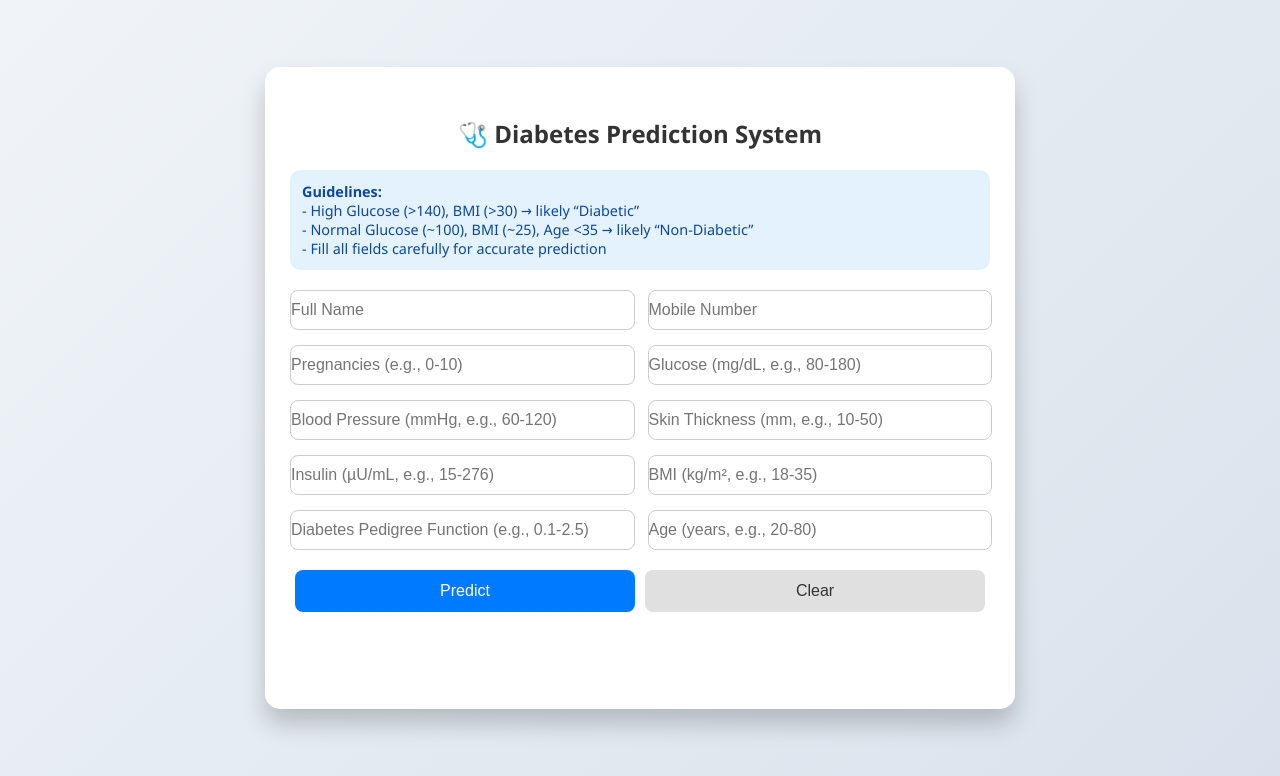
Repository: Aman14150/diabetes-prediction-system
Page: http://localhost/
These files come from the project's save history. The page is drawn as it stood at one moment and after the next save; the edit follows.
The browser window is 1280 px wide. The pictures show the whole page.
The page is served by the project's application, run on Flask 3 (app.py).

Above is the page before, as saved 2025-10-07 18:25:19.

After the next save:
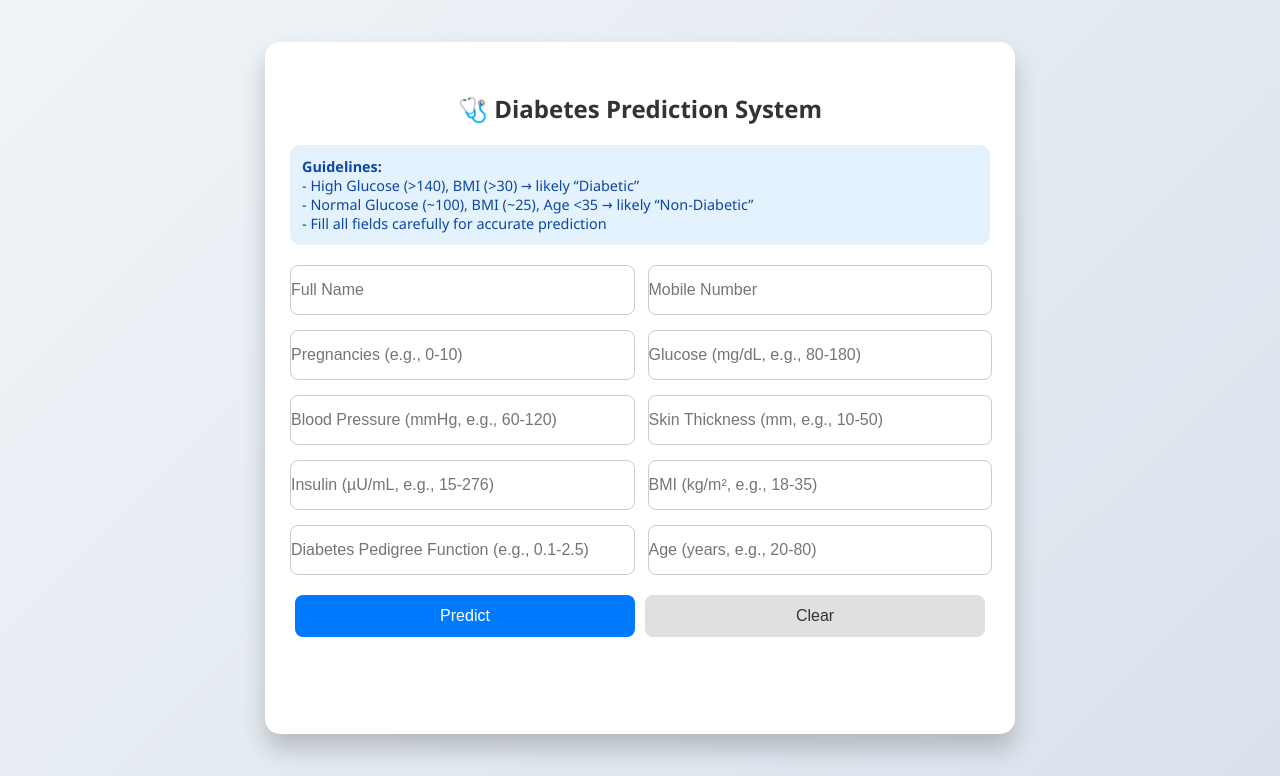
Saved 13 s later.
--- a/templates/index.html
+++ b/templates/index.html
@@ -48,7 +48,7 @@
 
         input {
             width: 100%;
-            padding: 10px 0px;
+            padding: 15px 0px;
             border-radius: 8px;
             border: 1px solid #ccc;
             font-size: 1rem;
